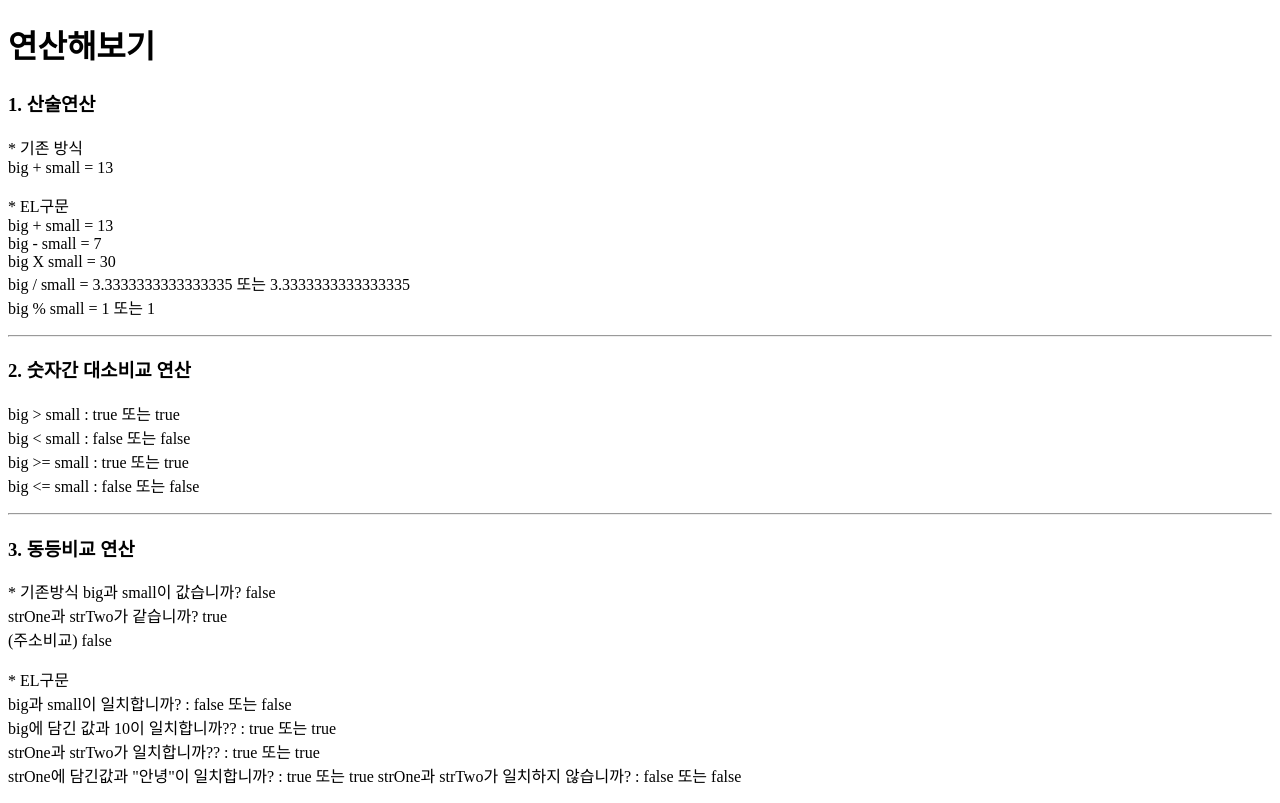
Repository: judeyong/myWebWorkSpace2
Page: http://localhost/Action_Project/operation.do
These files come from the project's save history. The page is drawn as it stood at one moment and after a run of saves; the edit follows.
The browser window is 1280 px wide. The pictures show the whole page.
The page is served by Tomcat 9. Other server files are loaded and not shown.

Above is the page before, as saved 2024-04-03 02:36:17.

### Action_Project/WebContent/views/02_elOperation.jsp
<%@ page language="java" contentType="text/html; charset=UTF-8"
    pageEncoding="UTF-8"%>
<!DOCTYPE html>
<html>
<head>
<meta charset="UTF-8">
<title>Insert title here</title>
</head>
<body>

	<h1>연산해보기</h1>
	<h3>1. 산술연산</h3>

	<p>
		* 기존 방식 <br>
		big + small = <%= (int)request.getAttribute("big") + (int)request.getAttribute("small") %>
	</p>

	<p>
		* EL구문<br>
		big + small = ${ big + small } <br>
		big - small = ${ big - small } <br>
		big X small = ${ big * small } <br>
		big / small = ${ big / small } 또는 ${ big div small }<br>
		big % small = ${ big % small } 또는 ${ big mod small }<br>
	</p>

	<hr>

	<h3>2. 숫자간 대소비교 연산</h3>

	<p>
		big &gt; small : ${ big > small } 또는 ${ big gt small } <br>
		big &lt; small : ${ big < small } 또는 ${ gib lt small } <br>
		big &gt;= small : ${ big >= small } 또는 ${ big ge small } <br>
		big &lt;= small : ${ big <= small } 또는 ${ big le small } <br>
	</p>

	<hr>

	<h3>3. 동등비교 연산</h3>

	<p>
		* 기존방식
		big과 small이 값습니까?
		<%= (int)request.getAttribute("big") == (int)request.getAttribute("small") %> <br>
		strOne과 strTwo가 같습니까?
		<%= ((String)request.getAttribute("strOne")).equals((String)request.getAttribute("strTwo")) %> <br>
		(주소비교)
		<%= (String)request.getAttribute("strOne") == (String)request.getAttribute("strTwo") %> <br>
	</p>

	<p>
		* EL구문 <br>
		big과 small이 일치합니까? : ${ big == small } 또는 ${ big eq small }<br>
		big에 담긴 값과 10이 일치합니까??  : ${ big == 10 } 또는 ${ big eq 10 }<br>
		strOne과 strTwo가 일치합니까?? : ${ strOne == strTwo } 또는 ${ strOne eq strTwo } <br>
		<!-- EL에서의 문자열의 == 비교는 자바에서의 equals() 와 같은 동작을 함 -->
		strOne에 담긴값과 "안녕"이 일치합니까? : ${ strOne == "안녕" } 또는 ${ strOne == '안녕' }
		<!-- EL에서의 문자열 리터럴 비교 시 쌍따옴표 / 홑따옴표 둘다 사용 가능 -->
		strOne과 strTwo가 일치하지 않습니까? : ${ strOne != strTwo } 또는 ${ strOne ne strTwo }


	</p>




























</body>
</html>

### Action_Project/src/com/kh/controller/OperationServlet.java
package com.kh.controller;

import java.io.IOException;
import java.util.ArrayList;

import javax.servlet.ServletException;
import javax.servlet.annotation.WebServlet;
import javax.servlet.http.HttpServlet;
import javax.servlet.http.HttpServletRequest;
import javax.servlet.http.HttpServletResponse;

import com.kh.model.vo.Person;

/**
 * Servlet implementation class OperationServlet
 */
@WebServlet("/operation.do")
public class OperationServlet extends HttpServlet {
	private static final long serialVersionUID = 1L;

    /**
     * @see HttpServlet#HttpServlet()
     */
    public OperationServlet() {
        super();
        // TODO Auto-generated constructor stub
    }

	/**
	 * @see HttpServlet#doGet(HttpServletRequest request, HttpServletResponse response)
	 */
	protected void doGet(HttpServletRequest request, HttpServletResponse response) throws ServletException, IOException {

		// 테스트 할 수 있는 값 넘기기
		request.setAttribute("big", 10);
		request.setAttribute("small", 3);

		request.setAttribute("strOne", "안녕");
		request.setAttribute("strTwo", new String("안녕"));

		request.setAttribute("personOne", new Person("홍길동", 15, "한양"));
		request.setAttribute("personTwo", null);

		ArrayList<String> list1 = new ArrayList();
		request.setAttribute("listOne", list1);

		ArrayList<String> list2 = new ArrayList();
		list2.add("ㅎㅇ");
		request.setAttribute("listTwo", list2);

		// 일단 여기까지 requestScope에 총 8개의 값을 담았음
		request.getRequestDispatcher("views/02_elOperation.jsp").forward(request, response);

	}

	/**
	 * @see HttpServlet#doPost(HttpServletRequest request, HttpServletResponse response)
	 */
	protected void doPost(HttpServletRequest request, HttpServletResponse response) throws ServletException, IOException {
		// TODO Auto-generated method stub
		doGet(request, response);
	}

}

### Action_Project/src/com/kh/model/vo/Person.java
package com.kh.model.vo;

public class Person {

	private String name;
	private int age;
	private String address;

	public Person() {
		super();
	}

	public Person(String name, int age, String address) {
		super();
		this.name = name;
		this.age = age;
		this.address = address;
	}

	public String getName() {
		return name;
	}

	public void setName(String name) {
		this.name = name;
	}

	public int getAge() {
		return age;
	}

	public void setAge(int age) {
		this.age = age;
	}

	public String getAddress() {
		return address;
	}

	public void setAddress(String address) {
		this.address = address;
	}

	@Override
	public String toString() {
		return "Person [name=" + name + ", age=" + age + ", address=" + address + "]";
	}

}

After the next 2 saves:
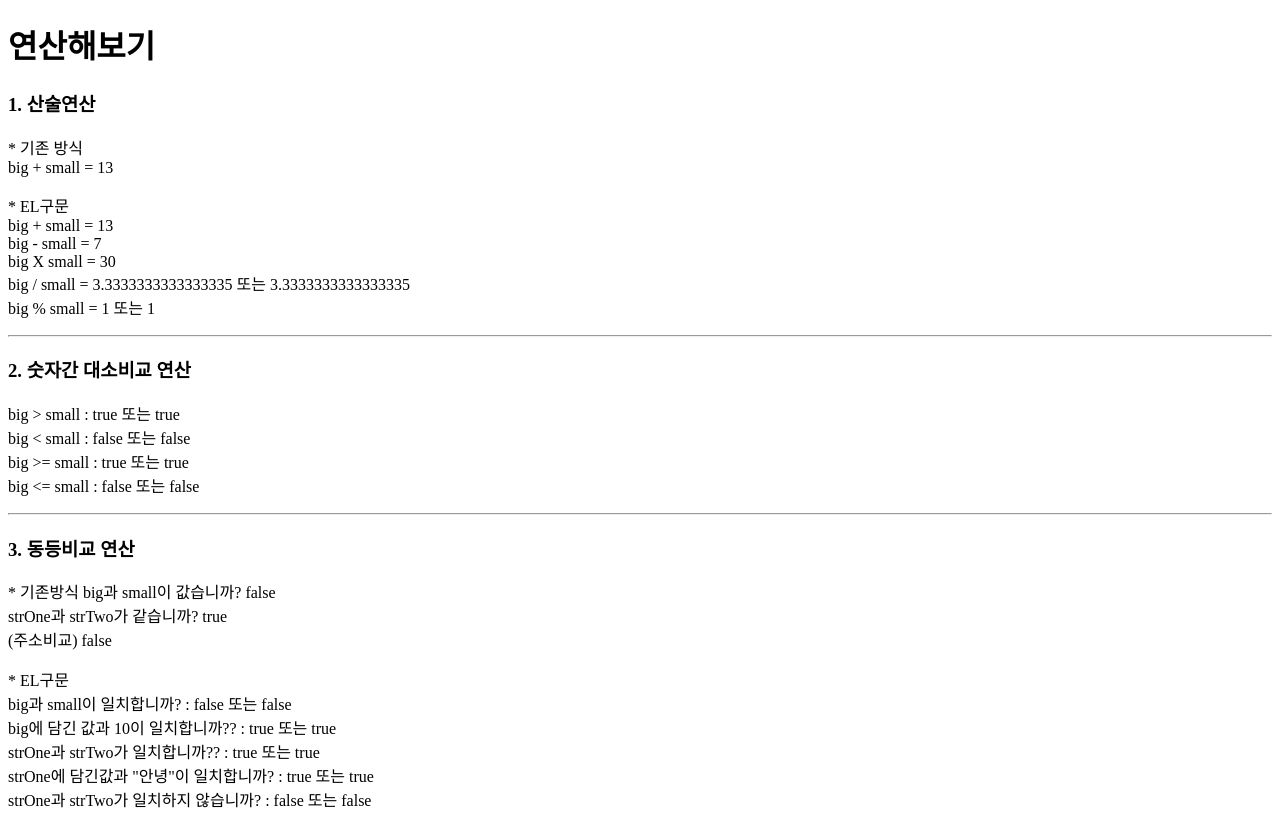
The 2 saves are shown as one change because they came seconds apart.
The last was saved 12 s later.
--- a/Action_Project/WebContent/views/02_elOperation.jsp
+++ b/Action_Project/WebContent/views/02_elOperation.jsp
@@ -56,9 +56,9 @@
 		big에 담긴 값과 10이 일치합니까??  : ${ big == 10 } 또는 ${ big eq 10 }<br>
 		strOne과 strTwo가 일치합니까?? : ${ strOne == strTwo } 또는 ${ strOne eq strTwo } <br>
 		<!-- EL에서의 문자열의 == 비교는 자바에서의 equals() 와 같은 동작을 함 -->
-		strOne에 담긴값과 "안녕"이 일치합니까? : ${ strOne == "안녕" } 또는 ${ strOne == '안녕' }
+		strOne에 담긴값과 "안녕"이 일치합니까? : ${ strOne == "안녕" } 또는 ${ strOne == '안녕' } <br>
 		<!-- EL에서의 문자열 리터럴 비교 시 쌍따옴표 / 홑따옴표 둘다 사용 가능 -->
-		strOne과 strTwo가 일치하지 않습니까? : ${ strOne != strTwo } 또는 ${ strOne ne strTwo }
+		strOne과 strTwo가 일치하지 않습니까? : ${ strOne != strTwo } 또는 ${ strOne ne strTwo } <br>
 
 
 	</p>
